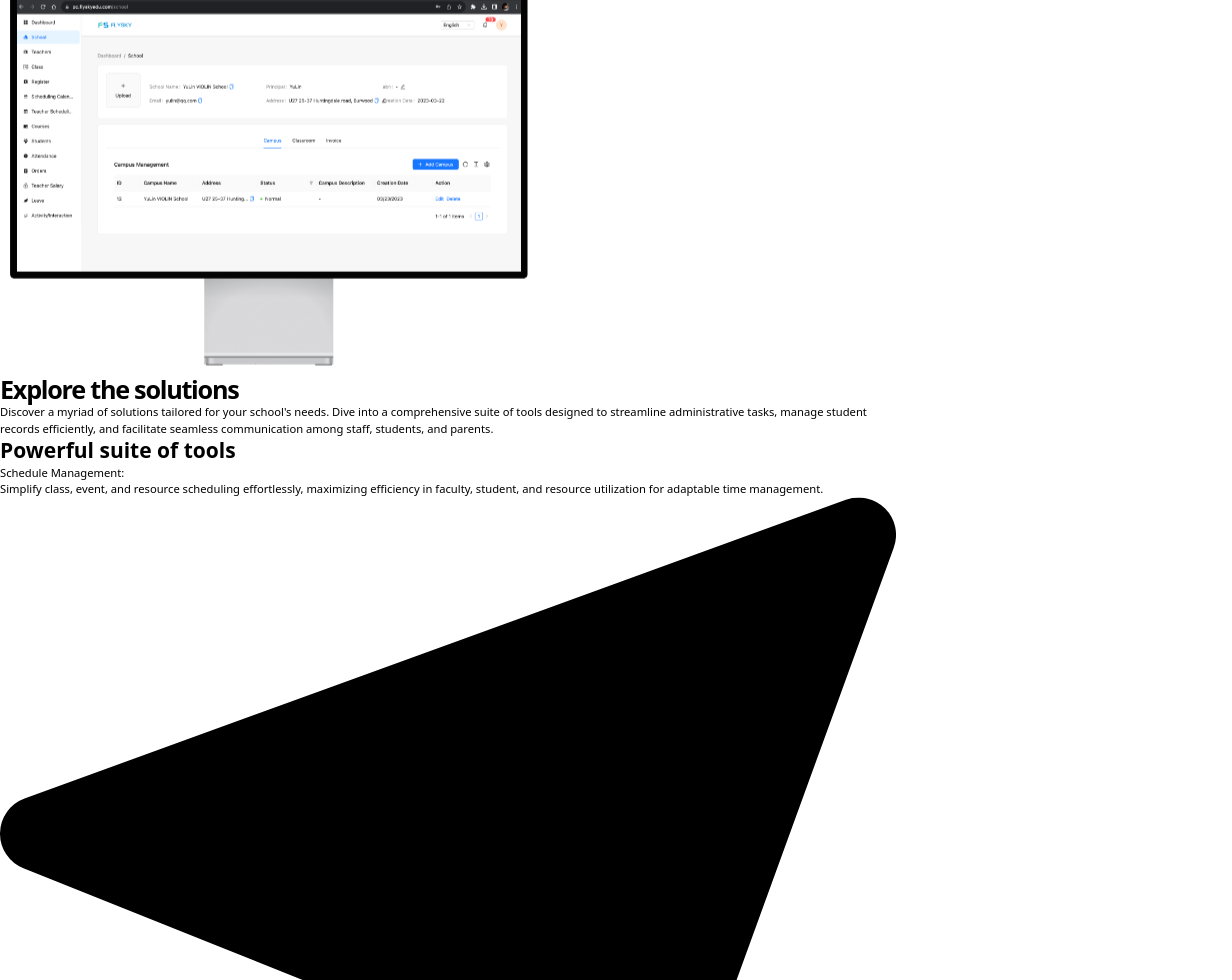
Repository: BarrySong97/flysky-landing
Page: /
These files come from the project's save history. The page is drawn as it stood at one moment and after the next save; the edit follows.
The browser window is 1280 px wide. The page is 1760 px wide, so the pictures cover 1760 px, including what lies to the right of the window. The pictures show the part of the page from y = 867 to 2267 px (the page is 23775 px tall), at 70% of full size.
The project was rebuilt for these pictures with package versions that can differ from the ones it lists, and the page was loaded fresh each time. Also part of the build but not shown: vite.config.js, src/partials/Banner.jsx, src/pages/SignIn.jsx, src/pages/SignUp.jsx, src/pages/ResetPassword.jsx.

Above is the page before, as saved 2023-12-10 09:47:32.

### index.html
<!DOCTYPE html>
<html lang="en">
  <head>
    <meta charset="UTF-8" />
    <link rel="icon" type="image/svg+xml" href="/src/favicon.svg" />
    <meta name="viewport" content="width=device-width, initial-scale=1.0" />
    <title>Vite App</title>
  </head>
  <body class="font-inter antialiased bg-white text-gray-900 tracking-tight">
    <noscript>You need to enable JavaScript to run this app.</noscript>
    <script>
        if (localStorage.getItem('sidebar-expanded') == 'true') {
            document.querySelector('body').classList.add('sidebar-expanded');
        } else {
            document.querySelector('body').classList.remove('sidebar-expanded');
        }
    </script>
    <div id="root"></div>
    <script type="module" src="/src/main.jsx"></script>
  </body>
</html>

### src/App.jsx
import React, { useEffect } from 'react';
import {
  Routes,
  Route,
  useLocation
} from 'react-router-dom';

import 'aos/dist/aos.css';
import './css/style.css';

import AOS from 'aos';

import Home from './pages/Home';
import SignIn from './pages/SignIn';
import SignUp from './pages/SignUp';
import ResetPassword from './pages/ResetPassword';

function App() {

  const location = useLocation();

  useEffect(() => {
    AOS.init({
      once: true,
      disable: 'phone',
      duration: 700,
      easing: 'ease-out-cubic',
    });
  });

  useEffect(() => {
    document.querySelector('html').style.scrollBehavior = 'auto'
    window.scroll({ top: 0 })
    document.querySelector('html').style.scrollBehavior = ''
  }, [location.pathname]); // triggered on route change

  return (
    <>
      <Routes>
        <Route exact path="/" element={<Home />} />
        <Route path="/signin" element={<SignIn />} />
        <Route path="/signup" element={<SignUp />} />
        <Route path="/reset-password" element={<ResetPassword />} />
      </Routes>
    </>
  );
}

export default App;

### src/pages/Home.jsx
import React from "react";

import Header from "../partials/Header";
import HeroHome from "../partials/HeroHome";
import FeaturesHome from "../partials/Features";
import FeaturesBlocks from "../partials/FeaturesBlocks";
import Testimonials from "../partials/Testimonials";
import Newsletter from "../partials/Newsletter";
import Footer from "../partials/Footer";
import Banner from "../partials/Banner";

function Home() {
  return (
    <div className="flex flex-col min-h-screen overflow-hidden">
      {/*  Site header */}
      <Header />

      {/*  Page content */}
      <main className="flex-grow">
        {/*  Page sections */}
        <HeroHome />
        <FeaturesHome />
        <FeaturesBlocks />
        <Testimonials />
        <Newsletter />
      </main>

      {/*  Site footer */}
      <Footer />
    </div>
  );
}

export default Home;

### src/css/additional-styles/utility-patterns.css
/* Typography */
.h1 {
    @apply text-4xl font-extrabold leading-tight tracking-tighter;
}

.h2 {
    @apply text-3xl font-extrabold leading-tight tracking-tighter;
}

.h3 {
    @apply text-3xl font-bold leading-tight;
}

.h4 {
    @apply text-2xl font-bold leading-snug tracking-tight;
}

@screen md {
    .h1 {
        @apply text-5xl;
    }

    .h2 {
        @apply text-4xl;
    }
}

/* Buttons */
.btn,
.btn-sm {
    @apply font-medium inline-flex items-center justify-center border border-transparent rounded leading-snug transition duration-150 ease-in-out;
}

.btn {
    @apply px-8 py-3 shadow-lg;
}

.btn-sm {
    @apply px-4 py-2 shadow;
}

/* Forms */
.form-input,
.form-textarea,
.form-multiselect,
.form-select,
.form-checkbox,
.form-radio {
    @apply bg-white border border-gray-300 focus:border-gray-500;
}

.form-input,
.form-textarea,
.form-multiselect,
.form-select,
.form-checkbox {
    @apply rounded;
}

.form-input,
.form-textarea,
.form-multiselect,
.form-select {
    @apply py-3 px-4;
}

.form-input,
.form-textarea {
    @apply placeholder-gray-500;
}

.form-select {
    @apply pr-10;
}

.form-checkbox,
.form-radio {
    @apply text-gray-800 rounded-sm;
}

### src/css/additional-styles/range-slider.css
/* Range slider */
:root {
    --range-thumb-size: 36px;
}

input[type=range] {
    appearance: none;
    background: #ccc;
    border-radius: 3px;
    height: 6px;
    margin-top: (--range-thumb-size - 6px) * 0.5;
    margin-bottom: (--range-thumb-size - 6px) * 0.5;
    --thumb-size: #{--range-thumb-size};
}

input[type=range]::-webkit-slider-thumb {
    appearance: none;
    -webkit-appearance: none;
    background-color: #000;
    background-image: url("data:[embedded picture, 172 characters]");
    background-position: center;
    background-repeat: no-repeat;
    border: 0;
    border-radius: 50%;
    cursor: pointer;
    height: --range-thumb-size;
    width: --range-thumb-size;
}

input[type=range]::-moz-range-thumb {
    background-color: #000;
    background-image: url("data:[embedded picture, 172 characters]");
    background-position: center;
    background-repeat: no-repeat;
    border: 0;
    border: none;
    border-radius: 50%;
    cursor: pointer;
    height: --range-thumb-size;
    width: --range-thumb-size;
}

input[type=range]::-ms-thumb {
    background-color: #000;
    background-image: url("data:[embedded picture, 172 characters]");
    background-position: center;
    background-repeat: no-repeat;
    border: 0;
    border-radius: 50%;
    cursor: pointer;
    height: --range-thumb-size;
    width: --range-thumb-size;
}

input[type=range]::-moz-focus-outer {
    border: 0;
}

### src/partials/Features.jsx
import React, { useState, useRef, useEffect } from "react";
import Transition from "../utils/Transition";

import FeaturesBg from "../images/features-bg.png";
import FeaturesElement from "../images/features-element.png";

function Features() {
  const [tab, setTab] = useState(1);

  const tabs = useRef(null);

  const heightFix = () => {
    if (tabs.current.children[tab]) {
      tabs.current.style.height =
        tabs.current.children[tab - 1].offsetHeight + "px";
    }
  };

  useEffect(() => {
    heightFix();
    // eslint-disable-next-line react-hooks/exhaustive-deps
  }, [tab]);

  return (
    <section className="relative">
      {/* Section background (needs .relative class on parent and next sibling elements) */}
      <div
        className="absolute inset-0 bg-gray-100 pointer-events-none mb-16"
        aria-hidden="true"
      ></div>
      <div className="absolute left-0 right-0 m-auto w-px p-px h-20 bg-gray-200 transform -translate-y-1/2"></div>

      <div className="relative max-w-6xl mx-auto px-4 sm:px-6">
        <div className="pt-12 md:pt-20">
          {/* Section header */}
          <div className="max-w-3xl mx-auto text-center pb-12 md:pb-16">
            <h1 className="h2 mb-4">Explore the solutions</h1>
            <p className="text-xl text-gray-600">
              Discover a myriad of solutions tailored for your school's needs.
              Dive into a comprehensive suite of tools designed to streamline
              administrative tasks, manage student records efficiently, and
              facilitate seamless communication among staff, students, and
              parents.
            </p>
          </div>

          {/* Section content */}
          <div className="md:grid md:grid-cols-12 md:gap-6">
            {/* Content */}
            <div
              className="max-w-xl md:max-w-none md:w-full mx-auto md:col-span-7 lg:col-span-6 md:mt-6"
              data-aos="fade-right"
            >
              <div className="md:pr-4 lg:pr-12 xl:pr-16 mb-8">
                <h3 className="h3 mb-3">Powerful suite of tools</h3>
              </div>
              {/* Tabs buttons */}
              <div className="mb-8 md:mb-0">
                <a
                  className={`flex items-center text-lg p-5 rounded border transition duration-300 ease-in-out mb-3 ${
                    tab !== 1
                      ? "bg-white shadow-md border-gray-200 hover:shadow-lg"
                      : "bg-gray-200 border-transparent"
                  }`}
                  href="#0"
                  onClick={(e) => {
                    e.preventDefault();
                    setTab(1);
                  }}
                >
                  <div>
                    <div className="font-bold leading-snug tracking-tight mb-1">
                      Schedule Management:
                    </div>
                    <div className="text-gray-600">
                      Simplify class, event, and resource scheduling
                      effortlessly, maximizing efficiency in faculty, student,
                      and resource utilization for adaptable time management.
                    </div>
                  </div>
                  <div className="flex justify-center items-center w-8 h-8 bg-white rounded-full shadow flex-shrink-0 ml-3">
                    <svg
                      className="w-3 h-3 fill-current"
                      viewBox="0 0 12 12"
                      xmlns="http://www.w3.org/2000/svg"
                    >
                      <path
                        d="M11.854.146a.5.5 0 00-.525-.116l-11 4a.5.5 0 00-.015.934l4.8 1.921 1.921 4.8A.5.5 0 007.5 12h.008a.5.5 0 00.462-.329l4-11a.5.5 0 00-.116-.525z"
                        fillRule="nonzero"
                      />
                    </svg>
                  </div>
                </a>
                <a
                  className={`flex items-center text-lg p-5 rounded border transition duration-300 ease-in-out mb-3 ${
                    tab !== 2
                      ? "bg-white shadow-md border-gray-200 hover:shadow-lg"
                      : "bg-gray-200 border-transparent"
                  }`}
                  href="#0"
                  onClick={(e) => {
                    e.preventDefault();
                    setTab(2);
                  }}
                >
                  <div>
                    <div className="font-bold leading-snug tracking-tight mb-1">
                      Calendar Organization:
                    </div>
                    <div className="text-gray-600">
                      Centralize all school-related events and deadlines within
                      an intuitive calendar interface, promoting enhanced
                      communication and collaboration among stakeholders.
                    </div>
                  </div>
                  <div className="flex justify-center items-center w-8 h-8 bg-white rounded-full shadow flex-shrink-0 ml-3">
                    <svg
                      className="w-3 h-3 fill-current"
                      viewBox="0 0 12 12"
                      xmlns="http://www.w3.org/2000/svg"
                    >
                      <path
                        d="M11.334 8.06a.5.5 0 00-.421-.237 6.023 6.023 0 01-5.905-6c0-.41.042-.82.125-1.221a.5.5 0 00-.614-.586 6 6 0 106.832 8.529.5.5 0 00-.017-.485z"
                        fill="#191919"
                        fillRule="nonzero"
                      />
                    </svg>
                  </div>
                </a>
                <a
                  className={`flex items-center text-lg p-5 rounded border transition duration-300 ease-in-out mb-3 ${
                    tab !== 3
                      ? "bg-white shadow-md border-gray-200 hover:shadow-lg"
                      : "bg-gray-200 border-transparent"
                  }`}
                  href="#0"
                  onClick={(e) => {
                    e.preventDefault();
                    setTab(3);
                  }}
                >
                  <div>
                    <div className="font-bold leading-snug tracking-tight mb-1">
                      Automated Invoice PDFs and Email Integration:
                    </div>
                    <div className="text-gray-600">
                      Streamline billing processes by automating professional
                      invoice generation and distribution via email, ensuring
                      accessible financial records for transparency and
                      management convenience.
                    </div>
                  </div>
                  <div className="flex justify-center items-center w-8 h-8 bg-white rounded-full shadow flex-shrink-0 ml-3">
                    <svg
                      className="w-3 h-3 fill-current"
                      viewBox="0 0 12 12"
                      xmlns="http://www.w3.org/2000/svg"
                    >
                      <path
                        d="M11.334 8.06a.5.5 0 00-.421-.237 6.023 6.023 0 01-5.905-6c0-.41.042-.82.125-1.221a.5.5 0 00-.614-.586 6 6 0 106.832 8.529.5.5 0 00-.017-.485z"
                        fill="#191919"
                        fillRule="nonzero"
                      />
                    </svg>
                  </div>
                </a>
                <a
                  className={`flex items-center text-lg p-5 rounded border transition duration-300 ease-in-out mb-3 ${
                    tab !== 4
                      ? "bg-white shadow-md border-gray-200 hover:shadow-lg"
                      : "bg-gray-200 border-transparent"
                  }`}
                  href="#0"
                  onClick={(e) => {
                    e.preventDefault();
                    setTab(4);
                  }}
                >
                  <div>
                    <div className="font-bold leading-snug tracking-tight mb-1">
                      Miniprograms:
                    </div>
                    <div className="font-bold leading-snug tracking-tight mb-1">
                      Our product, when paired with mini-programs, boasts
                      remarkable efficiency, delivering a seamlessly integrated
                      and versatile user experience.
                    </div>
                    <div className="text-gray-600"></div>
                  </div>
                  <div className="flex justify-center items-center w-8 h-8 bg-white rounded-full shadow flex-shrink-0 ml-3">
                    <svg
                      className="w-3 h-3 fill-current"
                      viewBox="0 0 12 12"
                      xmlns="http://www.w3.org/2000/svg"
                    >
                      <path d="M11.953 4.29a.5.5 0 00-.454-.292H6.14L6.984.62A.5.5 0 006.12.173l-6 7a.5.5 0 00.379.825h5.359l-.844 3.38a.5.5 0 00.864.445l6-7a.5.5 0 00.075-.534z" />
                    </svg>
                  </div>
                </a>
              </div>
            </div>

            {/* Tabs items */}
            <div
              className="max-w-xl md:max-w-none md:w-full mx-auto md:col-span-5 lg:col-span-6 mb-8 md:mb-0 md:order-1"
              data-aos="zoom-y-out"
              ref={tabs}
            >
              <div className="relative flex flex-col text-center lg:text-right">
                {/* Item 1 */}
                <Transition
                  show={tab === 1}
                  appear={true}
                  className="w-full"
                  enter="transition ease-in-out duration-700 transform order-first"
                  enterStart="opacity-0 translate-y-16"
                  enterEnd="opacity-100 translate-y-0"
                  leave="transition ease-in-out duration-300 transform absolute"
                  leaveStart="opacity-100 translate-y-0"
                  leaveEnd="opacity-0 -translate-y-16"
                >
                  <div className="relative inline-flex flex-col">
                    <img
                      className="md:max-w-none mx-auto rounded"
                      src={FeaturesBg}
                      width="500"
                      height="462"
                      alt="Features bg"
                    />
                    <img
                      className="md:max-w-none absolute w-full left-0 transform animate-float"
                      src={FeaturesElement}
                      width="500"
                      height="44"
                      alt="Element"
                      style={{ top: "30%" }}
                    />
                  </div>
                </Transition>
                {/* Item 2 */}
                <Transition
                  show={tab === 2}
                  appear={true}
                  className="w-full"
                  enter="transition ease-in-out duration-700 transform order-first"
                  enterStart="opacity-0 translate-y-16"
                  enterEnd="opacity-100 translate-y-0"
                  leave="transition ease-in-out duration-300 transform absolute"
                  leaveStart="opacity-100 translate-y-0"
                  leaveEnd="opacity-0 -translate-y-16"
                >
                  <div className="relative inline-flex flex-col">
                    <img
                      className="md:max-w-none mx-auto rounded"
                      src={FeaturesBg}
                      width="500"
                      height="462"
                      alt="Features bg"
                    />
                    <img
                      className="md:max-w-none absolute w-full left-0 transform animate-float"
                      src={FeaturesElement}
                      width="500"
                      height="44"
                      alt="Element"
                      style={{ top: "30%" }}
                    />
                  </div>
                </Transition>
                {/* Item 3 */}
                <Transition
                  show={tab === 3}
                  appear={true}
                  className="w-full"
                  enter="transition ease-in-out duration-700 transform order-first"
                  enterStart="opacity-0 translate-y-16"
                  enterEnd="opacity-100 translate-y-0"
                  leave="transition ease-in-out duration-300 transform absolute"
                  leaveStart="opacity-100 translate-y-0"
                  leaveEnd="opacity-0 -translate-y-16"
                >
                  <div className="relative inline-flex flex-col">
                    <img
                      className="md:max-w-none mx-auto rounded"
                      src={FeaturesBg}
                      width="500"
                      height="462"
                      alt="Features bg"
                    />
                    <img
                      className="md:max-w-none absolute w-full left-0 transform animate-float"
                      src={FeaturesElement}
                      width="500"
                      height="44"
                      alt="Element"
                      style={{ top: "30%" }}
                    />
                  </div>
                </Transition>
              </div>
            </div>
          </div>
        </div>
      </div>
    </section>
  );
}

export default Features;

### src/utils/Modal.jsx
import React, { useEffect, useRef } from 'react';
import PropTypes from 'prop-types';
import Transition from '../utils/Transition';

function Modal({
  children,
  id,
  ariaLabel,
  show,
  handleClose
}) {

  const modalContent = useRef(null);

  // close the modal on click outside
  useEffect(() => {
    const clickHandler = ({ target }) => {
      if (!show || modalContent.current.contains(target)) return;
      handleClose();
    };
    document.addEventListener('click', clickHandler);
    return () => document.removeEventListener('click', clickHandler);
  });

  // close the modal if the esc key is pressed
  useEffect(() => {
    const keyHandler = ({ keyCode }) => {
      if (keyCode !== 27) return;
      handleClose();
    };
    document.addEventListener('keydown', keyHandler);

    return () => document.removeEventListener('keydown', keyHandler);
  });

  return (
    <>
      {/* Modal backdrop */}
      <Transition
        className="fixed inset-0 z-50 bg-white bg-opacity-75 transition-opacity backdrop-blur-sm"
        show={show}
        enter="transition ease-out duration-200"
        enterStart="opacity-0"
        enterEnd="opacity-100"
        leave="transition ease-out duration-100"
        leaveStart="opacity-100"
        leaveEnd="opacity-0"
        aria-hidden="true"
      />

      {/* Modal dialog */}
      <Transition
        id={id}
        className="fixed inset-0 z-50 overflow-hidden flex items-center justify-center transform px-4 sm:px-6"
        role="dialog"
        aria-modal="true"
        aria-labelledby={ariaLabel}
        show={show}
        enter="transition ease-out duration-200"
        enterStart="opacity-0 scale-95"
        enterEnd="opacity-100 scale-100"
        leave="transition ease-out duration-200"
        leaveStart="opacity-100 scale-100"
        leaveEnd="opacity-0 scale-95"
      >
        <div className="bg-white overflow-auto max-w-6xl w-full max-h-full" ref={modalContent}>
          {children}
        </div>
      </Transition>
    </>
  );
}

export default Modal;

Modal.propTypes = {
  children: PropTypes.oneOfType([
    PropTypes.arrayOf(PropTypes.element),
    PropTypes.element.isRequired
  ]),
  id: PropTypes.string,
  ariaLabel: PropTypes.string,
  show: PropTypes.bool.isRequired,
  handleClose: PropTypes.func.isRequired
};

Loaded but not shown: src/main.jsx (common file); src/css/style.css (common file); src/css/additional-styles/toggle-switch.css (common file); src/partials/Testimonials.jsx (106 lines, source omitted); src/partials/Footer.jsx (164 lines, source omitted); src/partials/FeaturesBlocks.jsx (128 lines, source omitted); src/css/additional-styles/theme.css (181 lines, source omitted); src/partials/HeroHome.jsx (143 lines, source omitted); src/partials/Newsletter.jsx (67 lines, source omitted); src/utils/Transition.jsx (116 lines, source omitted); src/partials/Header.jsx (73 lines, source omitted)

After the next save:
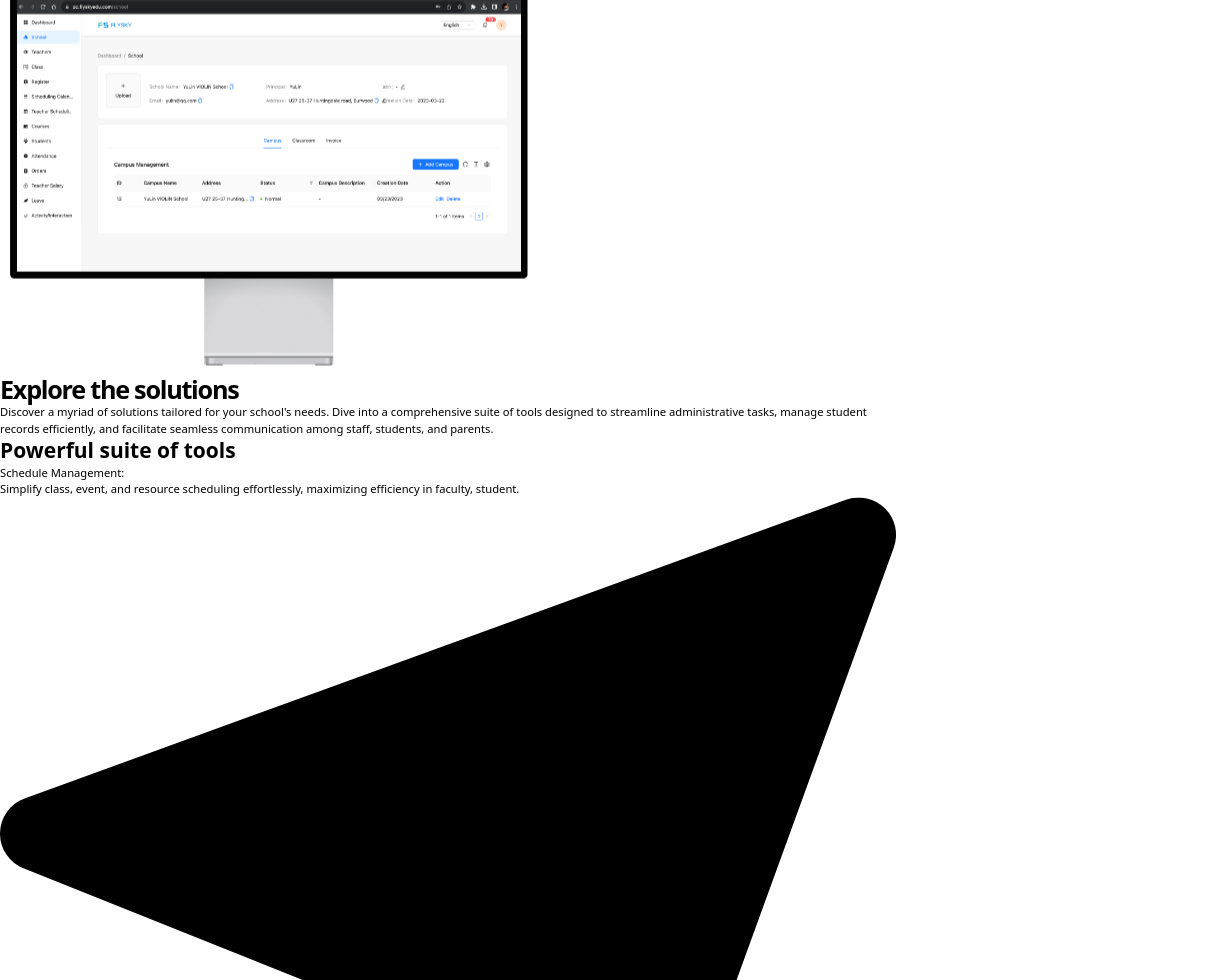
Saved 33 s later.
--- a/src/partials/Features.jsx
+++ b/src/partials/Features.jsx
@@ -74,8 +74,7 @@ function Features() {
                     </div>
                     <div className="text-gray-600">
                       Simplify class, event, and resource scheduling
-                      effortlessly, maximizing efficiency in faculty, student,
-                      and resource utilization for adaptable time management.
+                      effortlessly, maximizing efficiency in faculty, student.
                     </div>
                   </div>
                   <div className="flex justify-center items-center w-8 h-8 bg-white rounded-full shadow flex-shrink-0 ml-3">
